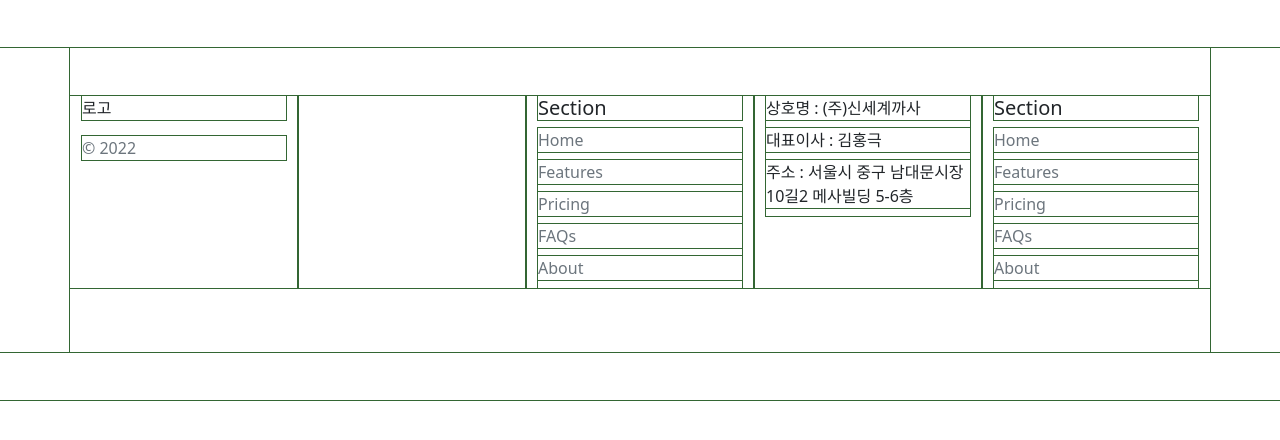
Repository: raoniee/Elice-House-Project
Page: FE/src/components/footer/footer.html
These files come from the project's save history. The page is drawn as it stood at one moment and after the next save; the edit follows.
The browser window is 1280 px wide. The pictures show the whole page.

Above is the page before, as saved 2023-07-04 16:53:33.

### FE/src/components/footer/footer.html
<!DOCTYPE html>
<html lang="ko">
  <head>
    <meta charset="UTF-8" />
    <meta http-equiv="X-UA-Compatible" content="IE=edge" />
    <meta name="viewport" content="width=device-width, initial-scale=1.0" />
    <title>Elice-House</title>
    <link
      href="https://cdn.jsdelivr.net/npm/bootstrap@5.2.3/dist/css/bootstrap.min.css"
      rel="stylesheet"
      integrity="sha384-rbsA2VBKQhggwzxH7pPCaAqO46MgnOM80zW1RWuH61DGLwZJEdK2Kadq2F9CUG65"
      crossorigin="anonymous"
    />
    <style>
      * {
        outline: 1px solid #363;
      }
    </style>
  </head>
  <body>
    <div class="container">
      <footer class="row row-cols-1 row-cols-sm-2 row-cols-md-5 py-5 my-5">
        <div class="col mb-3">
          <a
            href="/"
            class="d-flex align-items-center mb-3 link-dark text-decoration-none"
          >
            로고
          </a>
          <p class="text-muted">&copy; 2022</p>
        </div>

        <div class="col mb-3"></div>

        <div class="col mb-3">
          <h5>Section</h5>
          <ul class="nav flex-column">
            <li class="nav-item mb-2">
              <a href="#" class="nav-link p-0 text-muted">Home</a>
            </li>
            <li class="nav-item mb-2">
              <a href="#" class="nav-link p-0 text-muted">Features</a>
            </li>
            <li class="nav-item mb-2">
              <a href="#" class="nav-link p-0 text-muted">Pricing</a>
            </li>
            <li class="nav-item mb-2">
              <a href="#" class="nav-link p-0 text-muted">FAQs</a>
            </li>
            <li class="nav-item mb-2">
              <a href="#" class="nav-link p-0 text-muted">About</a>
            </li>
          </ul>
        </div>

        <div class="col mb-3">
          <ul class="nav flex-column">
            <li class="nav-item mb-2">상호명 : (주)신세계까사</li>
            <li class="nav-item mb-2">대표이사 : 김홍극</li>
            <li class="nav-item mb-2">
              주소 : 서울시 중구 남대문시장10길2 메사빌딩 5-6층
            </li>
          </ul>
        </div>

        <div class="col mb-3">
          <h5>Section</h5>
          <ul class="nav flex-column">
            <li class="nav-item mb-2">
              <a href="#" class="nav-link p-0 text-muted">Home</a>
            </li>
            <li class="nav-item mb-2">
              <a href="#" class="nav-link p-0 text-muted">Features</a>
            </li>
            <li class="nav-item mb-2">
              <a href="#" class="nav-link p-0 text-muted">Pricing</a>
            </li>
            <li class="nav-item mb-2">
              <a href="#" class="nav-link p-0 text-muted">FAQs</a>
            </li>
            <li class="nav-item mb-2">
              <a href="#" class="nav-link p-0 text-muted">About</a>
            </li>
          </ul>
        </div>
      </footer>
    </div>
    <script
      src="https://cdn.jsdelivr.net/npm/bootstrap@5.2.3/dist/js/bootstrap.bundle.min.js"
      integrity="sha384-kenU1KFdBIe4zVF0s0G1M5b4hcpxyD9F7jL+jjXkk+Q2h455rYXK/7HAuoJl+0I4"
      crossorigin="anonymous"
    ></script>
  </body>
</html>

After the next save:
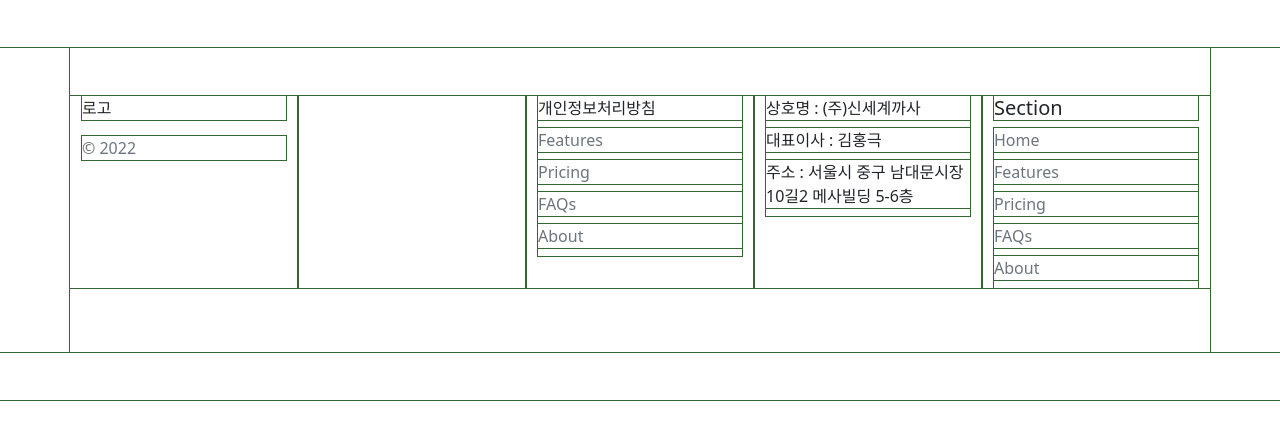
Saved 22 s later.
--- a/FE/src/components/footer/footer.html
+++ b/FE/src/components/footer/footer.html
@@ -33,11 +33,8 @@
         <div class="col mb-3"></div>
 
         <div class="col mb-3">
-          <h5>Section</h5>
           <ul class="nav flex-column">
-            <li class="nav-item mb-2">
-              <a href="#" class="nav-link p-0 text-muted">Home</a>
-            </li>
+            <li class="nav-item mb-2">개인정보처리방침</li>
             <li class="nav-item mb-2">
               <a href="#" class="nav-link p-0 text-muted">Features</a>
             </li>
